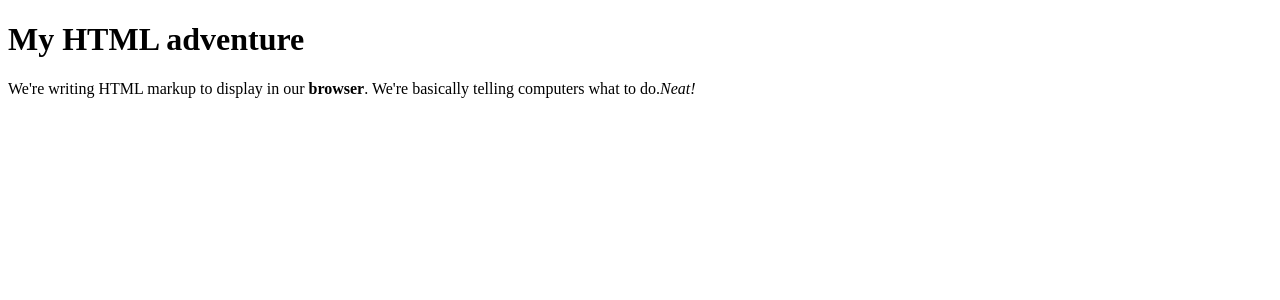
Repository: peterclermy232/phase-0-the-dom-editing-lab
Page: index.html
An editor plug-in stored every save of this project. The page is shown before and after the next save, followed by the edit.
The browser window is 1280 px wide. The pictures show the whole page.

Above is the page before, as saved 2022-06-02 19:15:18.

After the next save:
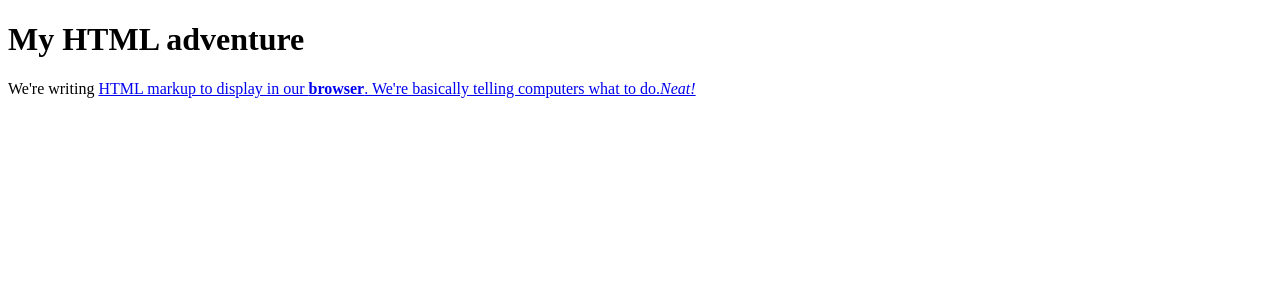
Saved 8 s later.
--- a/index.html
+++ b/index.html
@@ -11,7 +11,7 @@
     <h1>My HTML adventure</h1>
     <p>
         We're writing
-        <a href="https://developer.mozilla.org/en-US/docs/Web/HTML"></a> HTML markup to display in our <strong>browser</strong>.
+        <a href="https://developer.mozilla.org/en-US/docs/Web/HTML"> HTML markup to display in our <strong>browser</strong>.
         We're basically telling computers what to do.<em>Neat!</em>
     </p>
 </body>
